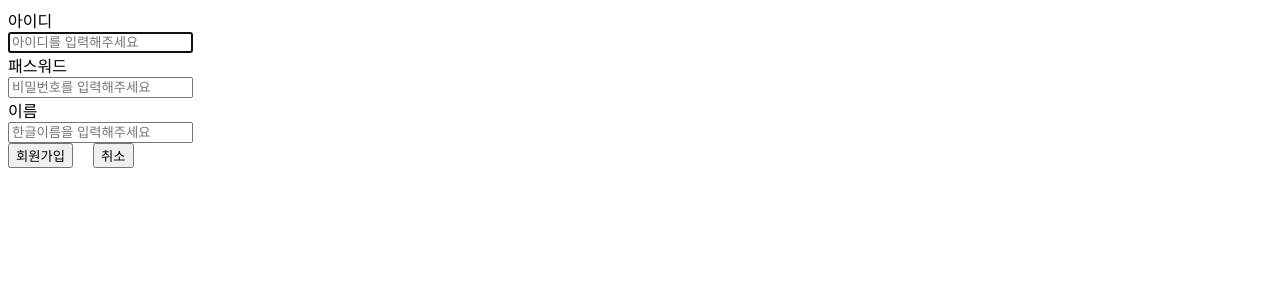
Repository: AHJ2616/Java
Page: http://localhost/board-jsp/06Session/Register_form.jsp
An editor plug-in stored every save of this project. The page is shown before and after the next save, followed by the edit.
The browser window is 1280 px wide. The pictures show the whole page.
The page is served by Tomcat 9.

Above is the page before, as saved 2024-07-26 07:17:36.

After the next save:
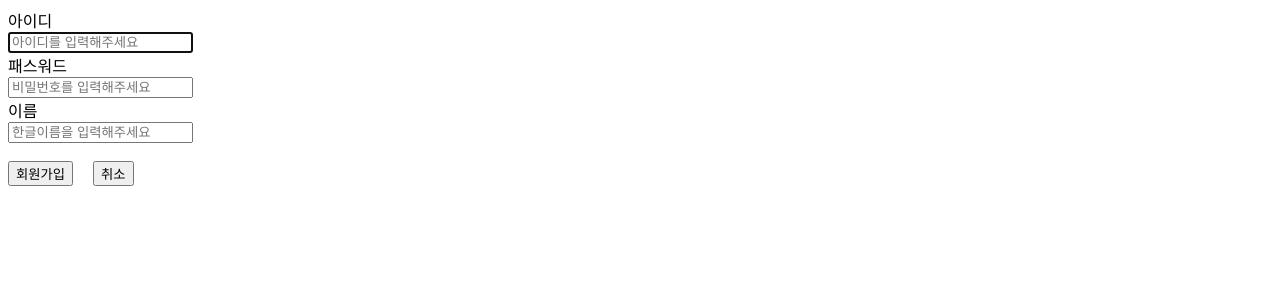
Saved 4 min 7 s later.
--- a/jsp_workspace/board-jsp/src/main/webapp/06Session/Register_form.jsp
+++ b/jsp_workspace/board-jsp/src/main/webapp/06Session/Register_form.jsp
@@ -13,7 +13,7 @@
 <label for= "pw">패스워드</label><br>
 <input type= "password" name= "pw" id="pw" required="required" placeholder="비밀번호를 입력해주세요"/><br>
 <label for= "name">이름</label><br>
-<input type= "text" name= "name" id="name" placeholder="한글이름을 입력해주세요"/><br>
+<input type= "text" name= "name" id="name" placeholder="한글이름을 입력해주세요"/><br><br>
 <input type= "submit" value="회원가입" /> &nbsp;&nbsp;&nbsp;
 <button type= "button" onclick= "location.href='login_form.jsp'">취소</button>
 </form>
